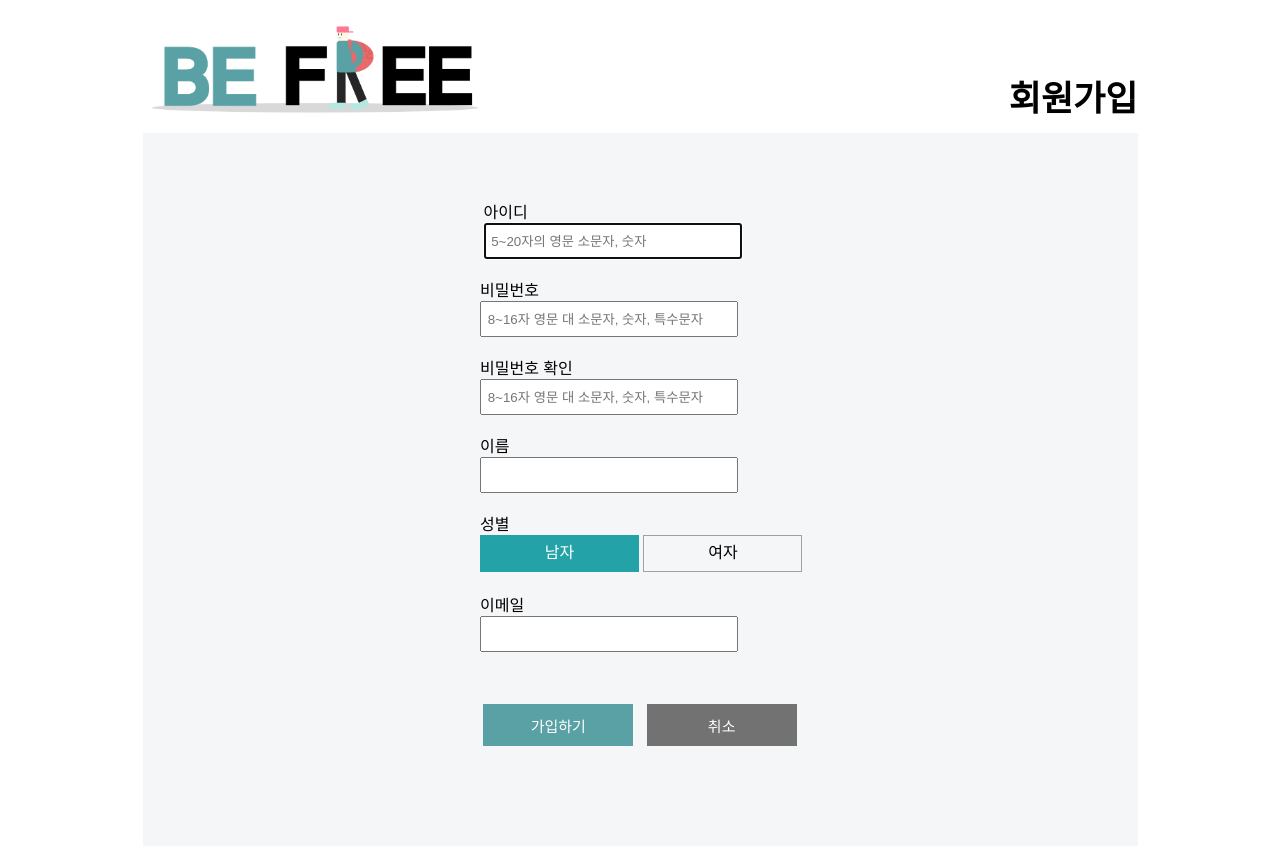
Repository: 1912087/Klavier_Piano
Page: http://localhost/notice/join.jsp
The author's editor kept a copy of each file at every save. The page is drawn from the files as they stood at one save, then again after the next save.
The browser window is 1280 px wide. The pictures show the whole page.
Some web fonts or font styles are not loaded; a fallback is used. The page is served by Tomcat 9. Other server files are loaded and not shown.

Above is the page before, as saved 2021-11-08 19:41:24.

### Notice/notice/WebContent/join.jsp
<%@ page language="java" contentType="text/html; charset=EUC-KR"
    pageEncoding="EUC-KR"%>
<!DOCTYPE html>
<html>
    <head>
        <meta charset="UTF-8">
        <title>BE FREE</title>
        <script src ="https://cdnjs.cloudflare.com/ajax/libs/jquery/3.3.1/jquery.js"></script>
        <link href="https://fonts.googleapis.com/css?family=Bungee+Inline&display=swap" rel="stylesheet">
        <link href="https://fonts.googleapis.com/css2?family=Varela+Round&display=swap" rel="stylesheet">

        <link rel="preconnect" href="https://fonts.googleapis.com">
        <link rel="preconnect" href="https://fonts.gstatic.com" crossorigin>
        <link href="https://fonts.googleapis.com/css2?family=Gowun+Dodum&display=swap" rel="stylesheet">

        <style>
            body{font-family: 'Gowun Dodum', sans-serif;}
            ul {list-style-type: none;}
            a {text-decoration: none; color:black;}
            input {height:30px; width: 250px;}

            .all {
                padding-top:15px;
                margin:0 auto;
                width:995px;
            }
            .logo{
                display: flex;
                width: 341px;
                float: left;
            }
            .aa {
                /*height:1200px;*/
                background-color: #f5f6f7;
                padding-top: 50px;
                position: relative;
                top: 110px;
                padding-bottom: 100px;
            }

            h2 {
                font-size: 35px;
                margin: 0px;
                float: right;
                text-align: right;
                z-index: -1000;
                width: 200px;
                margin-top: 47px;
            }

            .aa li, .a2 div { margin-left:50px;}

            .a2 {
                width:500px;
                margin:0 auto;

            }
            .btn {text-align: center;}
            .ch {position: relative; top:-10px;}
            .btn1{
                background-color: rgb(89, 161, 165);
                width: 150px;
                height: 42px;
                border: none;
            }
            .btn1 a{color: white; font-family: 'Gowun Dodum', sans-serif; font-size: 15px;}
            .btn2{
                background-color: rgb(114, 114, 114);
                width: 150px;
                height: 42px;
                border: none;
            }
            .btn2 a{color: white; font-family: 'Gowun Dodum', sans-serif; font-size: 15px;}

			.checking{height: 20px; width: 20px;}

            .btn-primary input[type="radio"] {
                display: none;
            }
            .btn-primary input[type="radio"] + span{
                display:inline-block;
                background:none;
                border:1px solid #a1a1a1;
                padding:0px 10px;
                text-align:center;
                height:35px;
                line-height:33px;
                font-weight:500;
                cursor:pointer;
                width: 137px;
                margin-bottom: 20px;
            }

            .btn-primary input[type="radio"]:checked + span{
                border:1px solid #23a3a7;
                background:#23a3a7;
                color:#fff;
            }

        </style>
        <script type="text/javascript">
            $(function(){
                $('.btn1').click(function(){
                    var id = document.getElementById('ID').value;
                    var pw = document.getElementById('PW').value;
                    var pwchk = document.getElementById('PWchk').value;
                    var name = document.getElementById('name').value;
                    var email = document.getElementById('email').value;
                    var terms1 = $("#check1").is(':checked');

                    if(id ==""){
                        alert("아이디를 입력하세요");
                        id.focus();
                        exit;

                    }else if(pw ==""){
                        alert("비밀번호를 입력하세요");
                        pw.focus();
                        exit;

                    }else if(pwchk==""){
                        alert("비밀번호확인을 입력하세요");
                        pwchk.focus();
                        exit;
                    }else if(name==""){
                        alert("이름을 입력하세요");
                        name.focus();
                        exit;
                    }
                    if(email==""){
                        alert("이메일을 입력하세요");
                        document.join.email.focus();
                        exit;
                    }
                    if(pw!=pwchk){
                        alert("입력한 2개의 비밀번호가 일치하지 않습니다.");
                        document.join.pw.focus();
                        exit;
                    }
                    if(id.length<5 || id.length>20){
                        alert("아이디는 5자이상 20자이하로 입력해주세요.");
                        document.join.id.focus();
                        exit;
                    }
                    if(!CheckEmail(email)){
                        alert("이 메일형식이 올바르지 않습니다.");
                        document.join.email.focus();
                        exit;
                    }
                });

                // 이메일이 잘못되었는지 확인하는 함수
                function CheckEmail(str)
                {
                    var reg_email = /^([0-9a-zA-Z_\.-]+)@([0-9a-zA-Z_-]+)(\.[0-9a-zA-Z_-]+){1,2}$/;
                    if(!reg_email.test(str)) {
                        return false;
                    }
                    else {
                        return true;
                    }

                }
            });

        </script>
    </head>
    <body>
        <div class="all">
            <header>
                <div class="name">
                    <a href="main.html"><img class="logo" src="images/BE_FREE.png"></a>
                    <h2>회원가입</h2>
                </div>
            </header>

            <from name="join" method="post" action="로그인.html">
                <div class="aa">
                    <div class="a2">
                        <ul>
                            <li><label>아이디</label><br><input type="id" size="43" id="ID" name="userID" placeholder=" 5~20자의 영문 소문자, 숫자" autofocus required></li><br>
                            <li><label>비밀번호</label><br><input type="password" id="PW" name="userPassword" size="43" placeholder=" 8~16자 영문 대 소문자, 숫자, 특수문자"required></li><br>
                            <li><label>비밀번호 확인</label><br><input type="password" id="PWchk" name="pwchk2" size="43" placeholder=" 8~16자 영문 대 소문자, 숫자, 특수문자"required></li><br>
                            <li><label>이름</label><br><input type="name" name="userName" id="name" size="43"required></li><br>
                            <li>
                                <label>성별</label><br>
                                <label class="btn btn-primary active">
                                    <input type="radio" name="userGender" autocomplete="off" checked><span>남자</span>
                                </label>
                                <label class="btn btn-primary active">
                                    <input type="radio" name="userGender" autocomplete="off"><span>여자</span>
                                </label>
                            </li>
                            <li><label>이메일</label><br><input type="email" id="email" name="userEmail" size="43" class="userEmail"></li><br>
                        </ul>
                    </div>
                    <br>
                    <div class="btn">
                        <button class="btn1"><a href="#">가입하기</a></button> &nbsp;
                        <button class="btn2"><a href="main.html">취소</a></button>
                    </div>
                </div>
            </from>

        </div>
    </body>
</html>

After the next save:
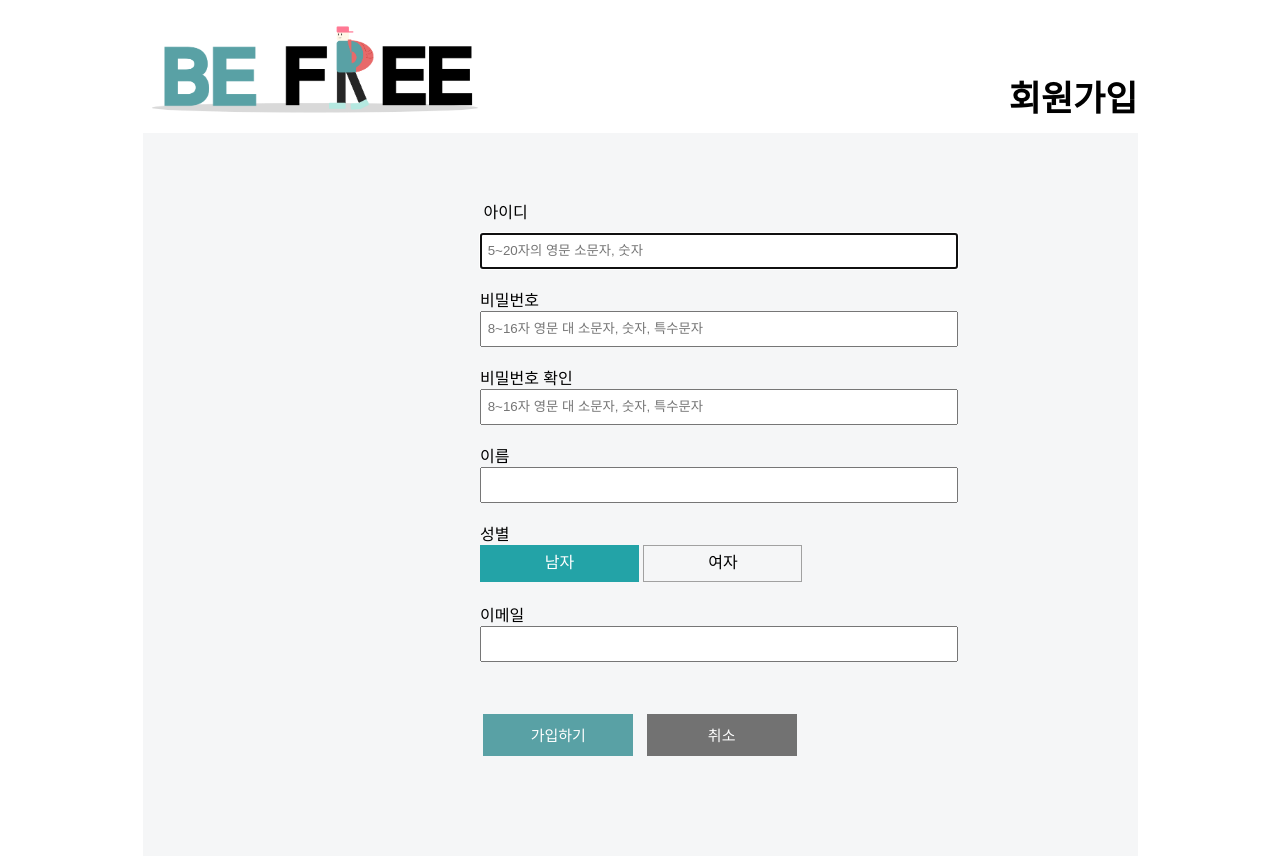
Saved 47 s later.
--- a/Notice/notice/WebContent/join.jsp
+++ b/Notice/notice/WebContent/join.jsp
@@ -17,7 +17,7 @@
             body{font-family: 'Gowun Dodum', sans-serif;}
             ul {list-style-type: none;}
             a {text-decoration: none; color:black;}
-            input {height:30px; width: 250px;}
+            input {height:30px; width: 470px;}
 
             .all {
                 padding-top:15px;
